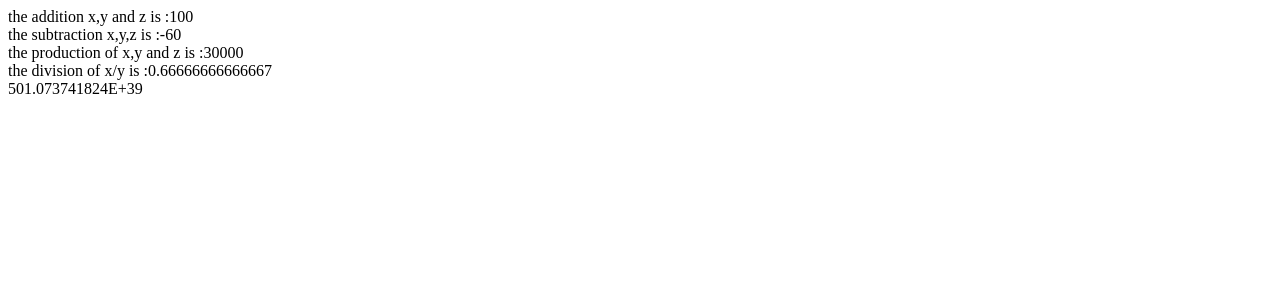
Repository: wakoya-tech/Node-js
Page: http://localhost/
These files come from the project's save history. The page is drawn as it stood at one moment and after the next save; the edit follows.
The browser window is 1280 px wide. The pictures show the whole page.
The page is run by PHP 8.4 with error messages shown; the project is at /var/www/html/.

Above is the page before, as saved 2025-12-09 10:55:19.

After the next save:
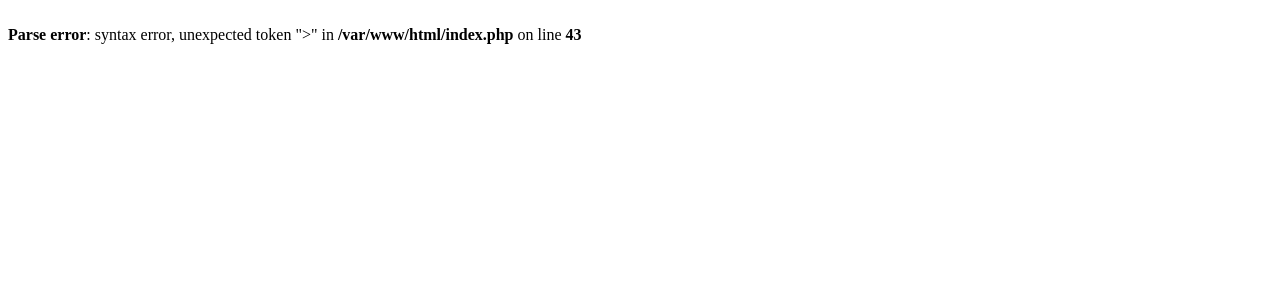
Saved 7 s later.
--- a/Documents/MyPhp/index.php
+++ b/Documents/MyPhp/index.php
@@ -40,6 +40,6 @@
 echo "the subtraction x,y,z is :{$sub} <br>";
 echo "the production of x,y and z is :{$pro} <br>";
 echo "the division of x/y is :{$div}<br>";
-echo $z;
-echo $x ** $y
+echo $z <br>;
+echo $x ** $y;
 ?>

After the save that followed:
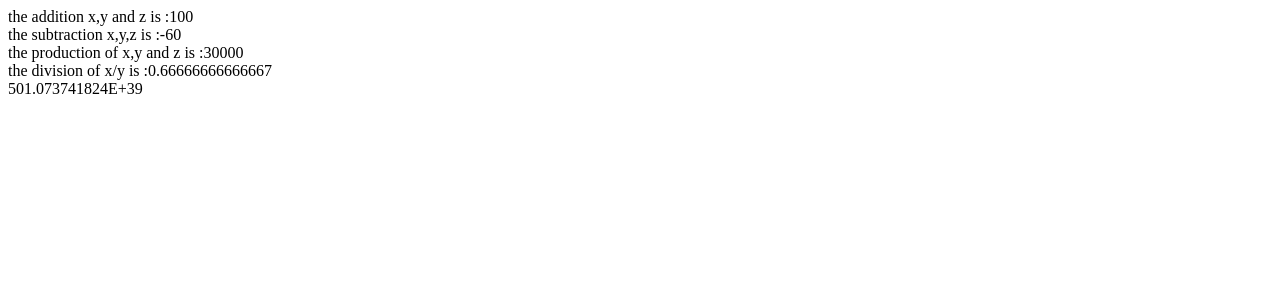
Saved 19 s later.
--- a/Documents/MyPhp/index.php
+++ b/Documents/MyPhp/index.php
@@ -40,6 +40,6 @@
 echo "the subtraction x,y,z is :{$sub} <br>";
 echo "the production of x,y and z is :{$pro} <br>";
 echo "the division of x/y is :{$div}<br>";
-echo $z <br>;
+echo $z;
 echo $x ** $y;
 ?>
